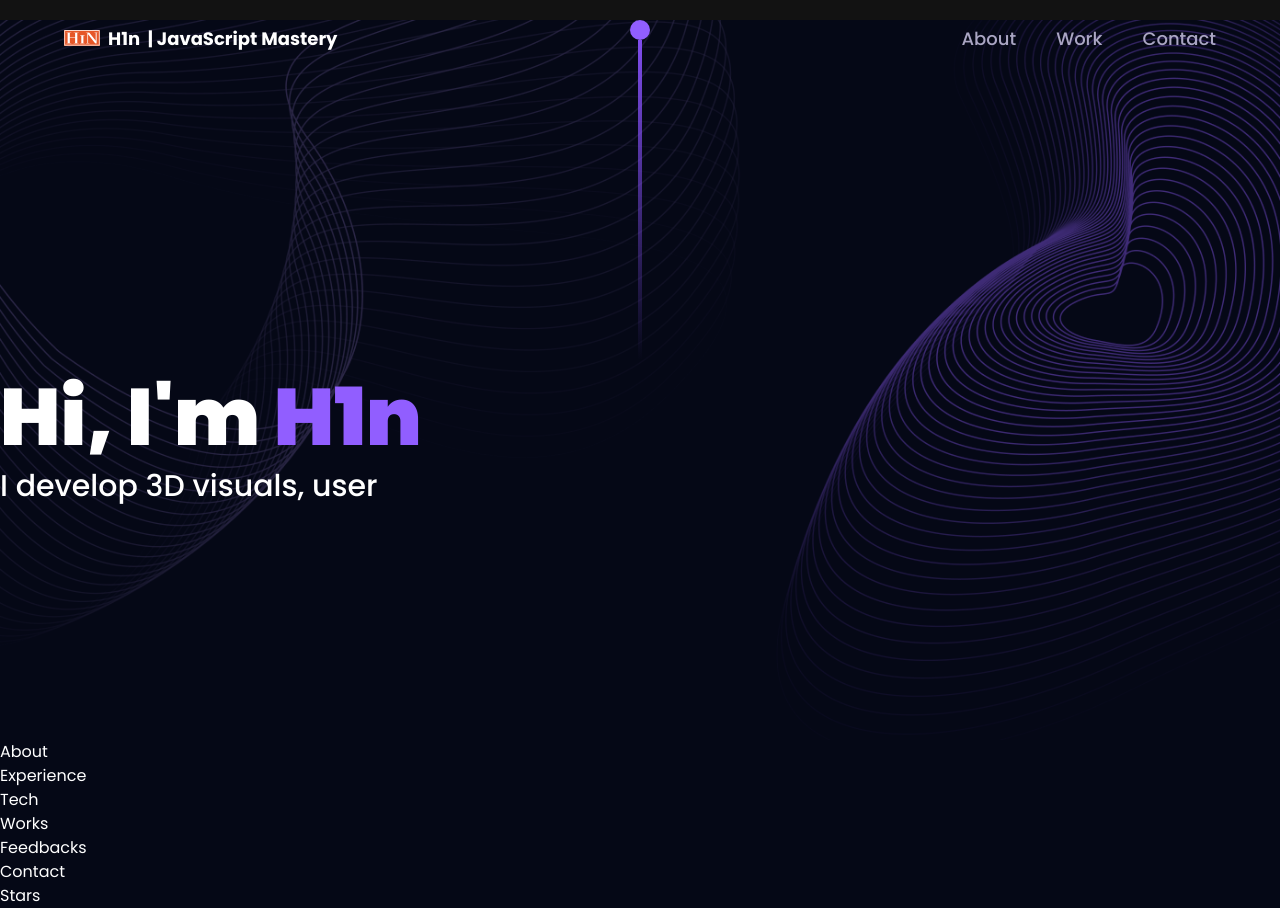
Repository: truonghuynhquy/3D_Portfolio
Page: /
The author's editor kept a copy of each file at every save. The page is drawn from the files as they stood at one save, then again after the next save.
The browser window is 1280 px wide. The pictures show the whole page.
The project was rebuilt for these pictures with package versions that can differ from the ones it lists, and the page was loaded fresh each time. Also part of the build but not shown: vite.config.js, src/components/canvas/Earth.jsx, src/components/canvas/Ball.jsx, src/components/canvas/Computers.jsx. Imported but missing from the stored project, and not drawn on this page: src/components/hoc, src/components/styles, src/components/utils/motion.

Above is the page before, as saved 2023-04-09 00:49:43.

### index.html
<!DOCTYPE html>
<html lang="en">
  <head>
    <meta charset="UTF-8" />
    <link rel="icon" type="image/svg+xml" href="/src/assets/logo.svg" />
    <meta name="viewport" content="width=device-width, initial-scale=1.0" />
    <title>H1n | Portfolio</title>
  </head>
  <body>
    <div id="root"></div>
    <script type="module" src="/src/main.jsx"></script>
  </body>
</html>

### src/App.jsx
import { BrowserRouter } from "react-router-dom";

import {
    About,
    Contact,
    Experience,
    Feedbacks,
    Hero,
    Navbar,
    Tech,
    Works,
    StarsCanvas,
} from "./components";

const App = () => {
    return (
        <BrowserRouter>
            <div className="relative z-0 bg-primary">
                <div className="bg-hero-pattern bg-cover bg-no-repeat bg-center h-screen">
                    <Navbar />
                    <Hero />
                </div>
                <About />
                <Experience />
                <Tech />
                <Works />
                <Feedbacks />
                <div className="relative z-0">
                    <Contact />
                    <StarsCanvas />
                </div>
            </div>
        </BrowserRouter>
    );
};

export default App;

### src/index.css
@import url("https://fonts.googleapis.com/css2?family=Poppins:wght@100;200;300;400;500;600;700;800;900&display=swap");

@tailwind base;
@tailwind components;
@tailwind utilities;

* {
    margin: 0;
    padding: 0;
    box-sizing: border-box;
    font-family: "Poppins", sans-serif;
    scroll-behavior: smooth;
    color-scheme: dark;
}

.hash-span {
    margin-top: -100px;
    padding-bottom: 100px;
    display: block;
}

.black-gradient {
    background: #000000; /* fallback for old browsers */
    background: -webkit-linear-gradient(
        to right,
        #434343,
        #000000
    ); /* Chrome 10-25, Safari 5.1-6 */
    background: linear-gradient(
        to right,
        #434343,
        #000000
    ); /* W3C, IE 10+/ Edge, Firefox 16+, Chrome 26+, Opera 12+, Safari 7+ */
}

.violet-gradient {
    background: #804dee;
    background: linear-gradient(-90deg, #804dee 0%, rgba(60, 51, 80, 0) 100%);
    background: -webkit-linear-gradient(
        -90deg,
        #804dee 0%,
        rgba(60, 51, 80, 0) 100%
    );
}

.green-pink-gradient {
    background: "#00cea8";
    background: linear-gradient(90.13deg, #00cea8 1.9%, #bf61ff 97.5%);
    background: -webkit-linear-gradient(-90.13deg, #00cea8 1.9%, #bf61ff 97.5%);
}

.orange-text-gradient {
    background: #f12711; /* fallback for old browsers */
    background: -webkit-linear-gradient(
        to top,
        #f12711,
        #f5af19
    ); /* Chrome 10-25, Safari 5.1-6 */
    background: linear-gradient(
        to top,
        #f12711,
        #f5af19
    ); /* W3C, IE 10+/ Edge, Firefox 16+, Chrome 26+, Opera 12+, Safari 7+ */
    -webkit-background-clip: text;
    -webkit-text-fill-color: transparent;
}

.green-text-gradient {
    background: #11998e; /* fallback for old browsers */
    background: -webkit-linear-gradient(
        to top,
        #11998e,
        #38ef7d
    ); /* Chrome 10-25, Safari 5.1-6 */
    background: linear-gradient(
        to top,
        #11998e,
        #38ef7d
    ); /* W3C, IE 10+/ Edge, Firefox 16+, Chrome 26+, Opera 12+, Safari 7+ */
    -webkit-background-clip: text;
    -webkit-text-fill-color: transparent;
}

.blue-text-gradient {
    /* background: -webkit-linear-gradient(#eee, #333); */
    background: #56ccf2; /* fallback for old browsers */
    background: -webkit-linear-gradient(
        to top,
        #2f80ed,
        #56ccf2
    ); /* Chrome 10-25, Safari 5.1-6 */
    background: linear-gradient(
        to top,
        #2f80ed,
        #56ccf2
    ); /* W3C, IE 10+/ Edge, Firefox 16+, Chrome 26+, Opera 12+, Safari 7+ */
    -webkit-background-clip: text;
    -webkit-text-fill-color: transparent;
}

.pink-text-gradient {
    background: #ec008c; /* fallback for old browsers */
    background: -webkit-linear-gradient(
        to top,
        #ec008c,
        #fc6767
    ); /* Chrome 10-25, Safari 5.1-6 */
    background: linear-gradient(
        to top,
        #ec008c,
        #fc6767
    ); /* W3C, IE 10+/ Edge, Firefox 16+, Chrome 26+, Opera 12+, Safari 7+ */
    -webkit-background-clip: text;
    -webkit-text-fill-color: transparent;
}

/* canvas- styles */
.canvas-loader {
    font-size: 10px;
    width: 1em;
    height: 1em;
    border-radius: 50%;
    position: relative;
    text-indent: -9999em;
    animation: mulShdSpin 1.1s infinite ease;
    transform: translateZ(0);
}

@keyframes mulShdSpin {
    0%,
    100% {
        box-shadow: 0em -2.6em 0em 0em #ffffff,
            1.8em -1.8em 0 0em rgba(255, 255, 255, 0.2),
            2.5em 0em 0 0em rgba(255, 255, 255, 0.2),
            1.75em 1.75em 0 0em rgba(255, 255, 255, 0.2),
            0em 2.5em 0 0em rgba(255, 255, 255, 0.2),
            -1.8em 1.8em 0 0em rgba(255, 255, 255, 0.2),
            -2.6em 0em 0 0em rgba(255, 255, 255, 0.5),
            -1.8em -1.8em 0 0em rgba(255, 255, 255, 0.7);
    }
    12.5% {
        box-shadow: 0em -2.6em 0em 0em rgba(255, 255, 255, 0.7),
            1.8em -1.8em 0 0em #ffffff, 2.5em 0em 0 0em rgba(255, 255, 255, 0.2),
            1.75em 1.75em 0 0em rgba(255, 255, 255, 0.2),
            0em 2.5em 0 0em rgba(255, 255, 255, 0.2),
            -1.8em 1.8em 0 0em rgba(255, 255, 255, 0.2),
            -2.6em 0em 0 0em rgba(255, 255, 255, 0.2),
            -1.8em -1.8em 0 0em rgba(255, 255, 255, 0.5);
    }
    25% {
        box-shadow: 0em -2.6em 0em 0em rgba(255, 255, 255, 0.5),
            1.8em -1.8em 0 0em rgba(255, 255, 255, 0.7), 2.5em 0em 0 0em #ffffff,
            1.75em 1.75em 0 0em rgba(255, 255, 255, 0.2),
            0em 2.5em 0 0em rgba(255, 255, 255, 0.2),
            -1.8em 1.8em 0 0em rgba(255, 255, 255, 0.2),
            -2.6em 0em 0 0em rgba(255, 255, 255, 0.2),
            -1.8em -1.8em 0 0em rgba(255, 255, 255, 0.2);
    }
    37.5% {
        box-shadow: 0em -2.6em 0em 0em rgba(255, 255, 255, 0.2),
            1.8em -1.8em 0 0em rgba(255, 255, 255, 0.5),
            2.5em 0em 0 0em rgba(255, 255, 255, 0.7),
            1.75em 1.75em 0 0em #ffffff,
            0em 2.5em 0 0em rgba(255, 255, 255, 0.2),
            -1.8em 1.8em 0 0em rgba(255, 255, 255, 0.2),
            -2.6em 0em 0 0em rgba(255, 255, 255, 0.2),
            -1.8em -1.8em 0 0em rgba(255, 255, 255, 0.2);
    }
    50% {
        box-shadow: 0em -2.6em 0em 0em rgba(255, 255, 255, 0.2),
            1.8em -1.8em 0 0em rgba(255, 255, 255, 0.2),
            2.5em 0em 0 0em rgba(255, 255, 255, 0.5),
            1.75em 1.75em 0 0em rgba(255, 255, 255, 0.7),
            0em 2.5em 0 0em #ffffff, -1.8em 1.8em 0 0em rgba(255, 255, 255, 0.2),
            -2.6em 0em 0 0em rgba(255, 255, 255, 0.2),
            -1.8em -1.8em 0 0em rgba(255, 255, 255, 0.2);
    }
    62.5% {
        box-shadow: 0em -2.6em 0em 0em rgba(255, 255, 255, 0.2),
            1.8em -1.8em 0 0em rgba(255, 255, 255, 0.2),
            2.5em 0em 0 0em rgba(255, 255, 255, 0.2),
            1.75em 1.75em 0 0em rgba(255, 255, 255, 0.5),
            0em 2.5em 0 0em rgba(255, 255, 255, 0.7), -1.8em 1.8em 0 0em #ffffff,
            -2.6em 0em 0 0em rgba(255, 255, 255, 0.2),
            -1.8em -1.8em 0 0em rgba(255, 255, 255, 0.2);
    }
    75% {
        box-shadow: 0em -2.6em 0em 0em rgba(255, 255, 255, 0.2),
            1.8em -1.8em 0 0em rgba(255, 255, 255, 0.2),
            2.5em 0em 0 0em rgba(255, 255, 255, 0.2),
            1.75em 1.75em 0 0em rgba(255, 255, 255, 0.2),
            0em 2.5em 0 0em rgba(255, 255, 255, 0.5),
            -1.8em 1.8em 0 0em rgba(255, 255, 255, 0.7),
            -2.6em 0em 0 0em #ffffff,
            -1.8em -1.8em 0 0em rgba(255, 255, 255, 0.2);
    }
    87.5% {
        box-shadow: 0em -2.6em 0em 0em rgba(255, 255, 255, 0.2),
            1.8em -1.8em 0 0em rgba(255, 255, 255, 0.2),
            2.5em 0em 0 0em rgba(255, 255, 255, 0.2),
            1.75em 1.75em 0 0em rgba(255, 255, 255, 0.2),
            0em 2.5em 0 0em rgba(255, 255, 255, 0.2),
            -1.8em 1.8em 0 0em rgba(255, 255, 255, 0.5),
            -2.6em 0em 0 0em rgba(255, 255, 255, 0.7),
            -1.8em -1.8em 0 0em #ffffff;
    }
}

### src/components/Hero.jsx
import { motion } from "framer-motion";

import { styles } from "../styles";
import { ComputersCanvas } from "./canvas";

const Hero = () => {
    return (
        <section className={`relative w-full h-screen mx-auto`}>
            <div
                className={`absolute inset-0 top-[120px] max-w-7xl mx-auto ${styles.paddingX} flex flex-row items-start gap-5`}
            ></div>
            <div className="flex flex-col justify-center items-center mt-5">
                <div className="w-5 h-5 rounded-full bg-[#915EFF]" />
                <div className="w-1 sm:h-80 h-40 violet-gradient" />
            </div>

            <div>
                <h1 className={`${styles.heroHeadText} text-white`}>
                    Hi, I'm <span className="text-[#915EFF]">H1n</span>
                </h1>
                <p className={`${styles.heroSubText} text-white`}>
                    I develop 3D visuals, user{" "}
                    <br className="sm:block hidden" />
                </p>
            </div>
        </section>
    );
};

export default Hero;

### src/components/Navbar.jsx
import React, { useEffect, useState } from "react";
import { Link } from "react-router-dom";

import { styles } from "../styles";
import { navLinks } from "../constants";
import { logo, menu, close } from "../assets";

const Navbar = () => {
    const [active, setActive] = useState("");
    const [toggle, setToggle] = useState(false);
    const [scrolled, setScrolled] = useState(false);

    useEffect(() => {
        const handleScroll = () => {
            const scrollTop = window.scrollY;
            if (scrollTop > 100) {
                setScrolled(true);
            } else {
                setScrolled(false);
            }
        };

        window.addEventListener("scroll", handleScroll);

        return () => window.removeEventListener("scroll", handleScroll);
    }, []);

    return (
        <nav
            className={`${
                styles.paddingX
            } w-full flex items-center py-5 fixed top-0 z-20 ${
                scrolled ? "bg-primary" : "bg-transparent"
            }`}
        >
            <div className="w-full flex justify-between items-center max-w-7xl mx-auto">
                <Link
                    to="/"
                    className="flex items-center gap-2"
                    onClick={() => {
                        setActive("");
                        window.scrollTo(0, 0);
                    }}
                >
                    <img
                        src={logo}
                        alt="logo"
                        className="w-9 h-9 object-contain"
                    />
                    <p className="text-white text-[18px] font-bold cursor-pointer flex ">
                        H1n &nbsp;
                        <span className="sm:block hidden">
                            | JavaScript Mastery
                        </span>
                    </p>
                </Link>

                <ul className="list-none hidden sm:flex flex-row gap-10">
                    {navLinks.map((nav) => (
                        <li
                            key={nav.id}
                            className={`${
                                active === nav.title
                                    ? "text-white"
                                    : "text-secondary"
                            } hover:text-white text-[18px] font-medium cursor-pointer`}
                            onClick={() => setActive(nav.title)}
                        >
                            <a href={`#${nav.id}`}>{nav.title}</a>
                        </li>
                    ))}
                </ul>

                <div className="sm:hidden flex flex-1 justify-end items-center">
                    <img
                        src={toggle ? close : menu}
                        alt="menu"
                        className="w-[28px] h-[28px] object-contain"
                        onClick={() => setToggle(!toggle)}
                    />

                    <div
                        className={`${
                            !toggle ? "hidden" : "flex"
                        } p-6 black-gradient absolute top-20 right-0 mx-4 my-2 min-w-[140px] z-10 rounded-xl`}
                    >
                        <ul className="list-none flex justify-end items-start flex-1 flex-col gap-4">
                            {navLinks.map((nav) => (
                                <li
                                    key={nav.id}
                                    className={`font-poppins font-medium cursor-pointer text-[16px] ${
                                        active === nav.title
                                            ? "text-white"
                                            : "text-secondary"
                                    }`}
                                    onClick={() => {
                                        setToggle(!toggle);
                                        setActive(nav.title);
                                    }}
                                >
                                    <a href={`#${nav.id}`}>{nav.title}</a>
                                </li>
                            ))}
                        </ul>
                    </div>
                </div>
            </div>
        </nav>
    );
};

export default Navbar;

### src/constants/index.js
import {
  mobile,
  backend,
  creator,
  web,
  javascript,
  typescript,
  html,
  css,
  reactjs,
  redux,
  tailwind,
  nodejs,
  mongodb,
  git,
  figma,
  docker,
  meta,
  starbucks,
  tesla,
  shopify,
  carrent,
  jobit,
  tripguide,
  threejs,
} from "../assets";

export const navLinks = [
  {
    id: "about",
    title: "About",
  },
  {
    id: "work",
    title: "Work",
  },
  {
    id: "contact",
    title: "Contact",
  },
];

const services = [
  {
    title: "Web Developer",
    icon: web,
  },
  {
    title: "React Native Developer",
    icon: mobile,
  },
  {
    title: "Backend Developer",
    icon: backend,
  },
  {
    title: "Content Creator",
    icon: creator,
  },
];

const technologies = [
  {
    name: "HTML 5",
    icon: html,
  },
  {
    name: "CSS 3",
    icon: css,
  },
  {
    name: "JavaScript",
    icon: javascript,
  },
  {
    name: "TypeScript",
    icon: typescript,
  },
  {
    name: "React JS",
    icon: reactjs,
  },
  {
    name: "Redux Toolkit",
    icon: redux,
  },
  {
    name: "Tailwind CSS",
    icon: tailwind,
  },
  {
    name: "Node JS",
    icon: nodejs,
  },
  {
    name: "MongoDB",
    icon: mongodb,
  },
  {
    name: "Three JS",
    icon: threejs,
  },
  {
    name: "git",
    icon: git,
  },
  {
    name: "figma",
    icon: figma,
  },
  {
    name: "docker",
    icon: docker,
  },
];

const experiences = [
  {
    title: "React.js Developer",
    company_name: "Starbucks",
    icon: starbucks,
    iconBg: "#383E56",
    date: "March 2020 - April 2021",
    points: [
      "Developing and maintaining web applications using React.js and other related technologies.",
      "Collaborating with cross-functional teams including designers, product managers, and other developers to create high-quality products.",
      "Implementing responsive design and ensuring cross-browser compatibility.",
      "Participating in code reviews and providing constructive feedback to other developers.",
    ],
  },
  {
    title: "React Native Developer",
    company_name: "Tesla",
    icon: tesla,
    iconBg: "#E6DEDD",
    date: "Jan 2021 - Feb 2022",
    points: [
      "Developing and maintaining web applications using React.js and other related technologies.",
      "Collaborating with cross-functional teams including designers, product managers, and other developers to create high-quality products.",
      "Implementing responsive design and ensuring cross-browser compatibility.",
      "Participating in code reviews and providing constructive feedback to other developers.",
    ],
  },
  {
    title: "Web Developer",
    company_name: "Shopify",
    icon: shopify,
    iconBg: "#383E56",
    date: "Jan 2022 - Jan 2023",
    points: [
      "Developing and maintaining web applications using React.js and other related technologies.",
      "Collaborating with cross-functional teams including designers, product managers, and other developers to create high-quality products.",
      "Implementing responsive design and ensuring cross-browser compatibility.",
      "Participating in code reviews and providing constructive feedback to other developers.",
    ],
  },
  {
    title: "Full stack Developer",
    company_name: "Meta",
    icon: meta,
    iconBg: "#E6DEDD",
    date: "Jan 2023 - Present",
    points: [
      "Developing and maintaining web applications using React.js and other related technologies.",
      "Collaborating with cross-functional teams including designers, product managers, and other developers to create high-quality products.",
      "Implementing responsive design and ensuring cross-browser compatibility.",
      "Participating in code reviews and providing constructive feedback to other developers.",
    ],
  },
];

const testimonials = [
  {
    testimonial:
      "I thought it was impossible to make a website as beautiful as our product, but Rick proved me wrong.",
    name: "Sara Lee",
    designation: "CFO",
    company: "Acme Co",
    image: "https://randomuser.me/api/portraits/women/4.jpg",
  },
  {
    testimonial:
      "I've never met a web developer who truly cares about their clients' success like Rick does.",
    name: "Chris Brown",
    designation: "COO",
    company: "DEF Corp",
    image: "https://randomuser.me/api/portraits/men/5.jpg",
  },
  {
    testimonial:
      "After Rick optimized our website, our traffic increased by 50%. We can't thank them enough!",
    name: "Lisa Wang",
    designation: "CTO",
    company: "456 Enterprises",
    image: "https://randomuser.me/api/portraits/women/6.jpg",
  },
];

const projects = [
  {
    name: "Car Rent",
    description:
      "Web-based platform that allows users to search, book, and manage car rentals from various providers, providing a convenient and efficient solution for transportation needs.",
    tags: [
      {
        name: "react",
        color: "blue-text-gradient",
      },
      {
        name: "mongodb",
        color: "green-text-gradient",
      },
      {
        name: "tailwind",
        color: "pink-text-gradient",
      },
    ],
    image: carrent,
    source_code_link: "https://github.com/",
  },
  {
    name: "Job IT",
    description:
      "Web application that enables users to search for job openings, view estimated salary ranges for positions, and locate available jobs based on their current location.",
    tags: [
      {
        name: "react",
        color: "blue-text-gradient",
      },
      {
        name: "restapi",
        color: "green-text-gradient",
      },
      {
        name: "scss",
        color: "pink-text-gradient",
      },
    ],
    image: jobit,
    source_code_link: "https://github.com/",
  },
  {
    name: "Trip Guide",
    description:
      "A comprehensive travel booking platform that allows users to book flights, hotels, and rental cars, and offers curated recommendations for popular destinations.",
    tags: [
      {
        name: "nextjs",
        color: "blue-text-gradient",
      },
      {
        name: "supabase",
        color: "green-text-gradient",
      },
      {
        name: "css",
        color: "pink-text-gradient",
      },
    ],
    image: tripguide,
    source_code_link: "https://github.com/",
  },
];

export { services, technologies, experiences, testimonials, projects };

### src/assets/index.js
import logo from "./logo.svg";
import backend from "./backend.png";
import creator from "./creator.png";
import mobile from "./mobile.png";
import web from "./web.png";
import github from "./github.png";
import menu from "./menu.svg";
import close from "./close.svg";

import css from "./tech/css.png";
import docker from "./tech/docker.png";
import figma from "./tech/figma.png";
import git from "./tech/git.png";
import html from "./tech/html.png";
import javascript from "./tech/javascript.png";
import mongodb from "./tech/mongodb.png";
import nodejs from "./tech/nodejs.png";
import reactjs from "./tech/reactjs.png";
import redux from "./tech/redux.png";
import tailwind from "./tech/tailwind.png";
import typescript from "./tech/typescript.png";
import threejs from "./tech/threejs.svg";

import meta from "./company/meta.png";
import shopify from "./company/shopify.png";
import starbucks from "./company/starbucks.png";
import tesla from "./company/tesla.png";

import carrent from "./carrent.png";
import jobit from "./jobit.png";
import tripguide from "./tripguide.png";

export {
  logo,
  backend,
  creator,
  mobile,
  web,
  github,
  menu,
  close,
  css,
  docker,
  figma,
  git,
  html,
  javascript,
  mongodb,
  nodejs,
  reactjs,
  redux,
  tailwind,
  typescript,
  threejs,
  meta,
  shopify,
  starbucks,
  tesla,
  carrent,
  jobit,
  tripguide,
};

### tailwind.config.js
/** @type {import('tailwindcss').Config} */
module.exports = {
    content: ["./src/**/*.{js,jsx}"],
    mode: "jit",
    theme: {
        extend: {
            colors: {
                primary: "#050816",
                secondary: "#aaa6c3",
                tertiary: "#151030",
                "black-100": "#100d25",
                "black-200": "#090325",
                "white-100": "#f3f3f3",
            },
            boxShadow: {
                card: "0px 35px 120px -15px #211e35",
            },
            screens: {
                xs: "450px",
            },
            backgroundImage: {
                "hero-pattern": "url('/src/assets/herobg.png')",
            },
        },
    },
    plugins: [],
};

Loaded but not shown: src/main.jsx (common file); src/components/index.js (common file); src/components/canvas/index.js (common file); src/components/About.jsx (common file); src/components/Tech.jsx (common file); src/components/Experience.jsx (common file); src/components/Works.jsx (common file); src/components/Feedbacks.jsx (common file); src/components/Contact.jsx (common file); src/components/canvas/Stars.jsx (common file); src/styles.js (common file)

After the next save:
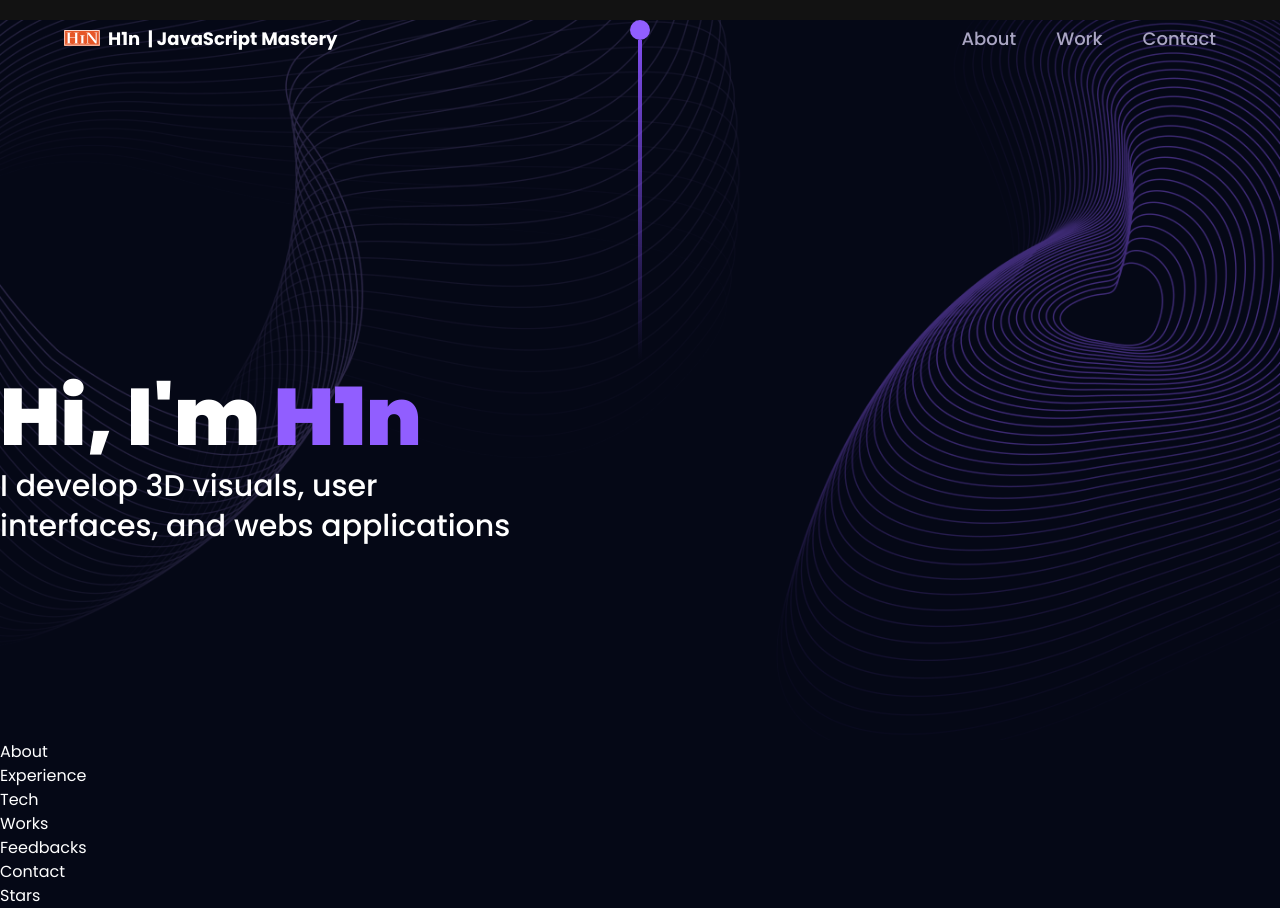
Saved 48 s later.
--- a/src/components/Hero.jsx
+++ b/src/components/Hero.jsx
@@ -20,7 +20,8 @@ const Hero = () => {
                 </h1>
                 <p className={`${styles.heroSubText} text-white`}>
                     I develop 3D visuals, user{" "}
-                    <br className="sm:block hidden" />
+                    <br className="sm:block hidden" /> interfaces, and webs
+                    applications
                 </p>
             </div>
         </section>
